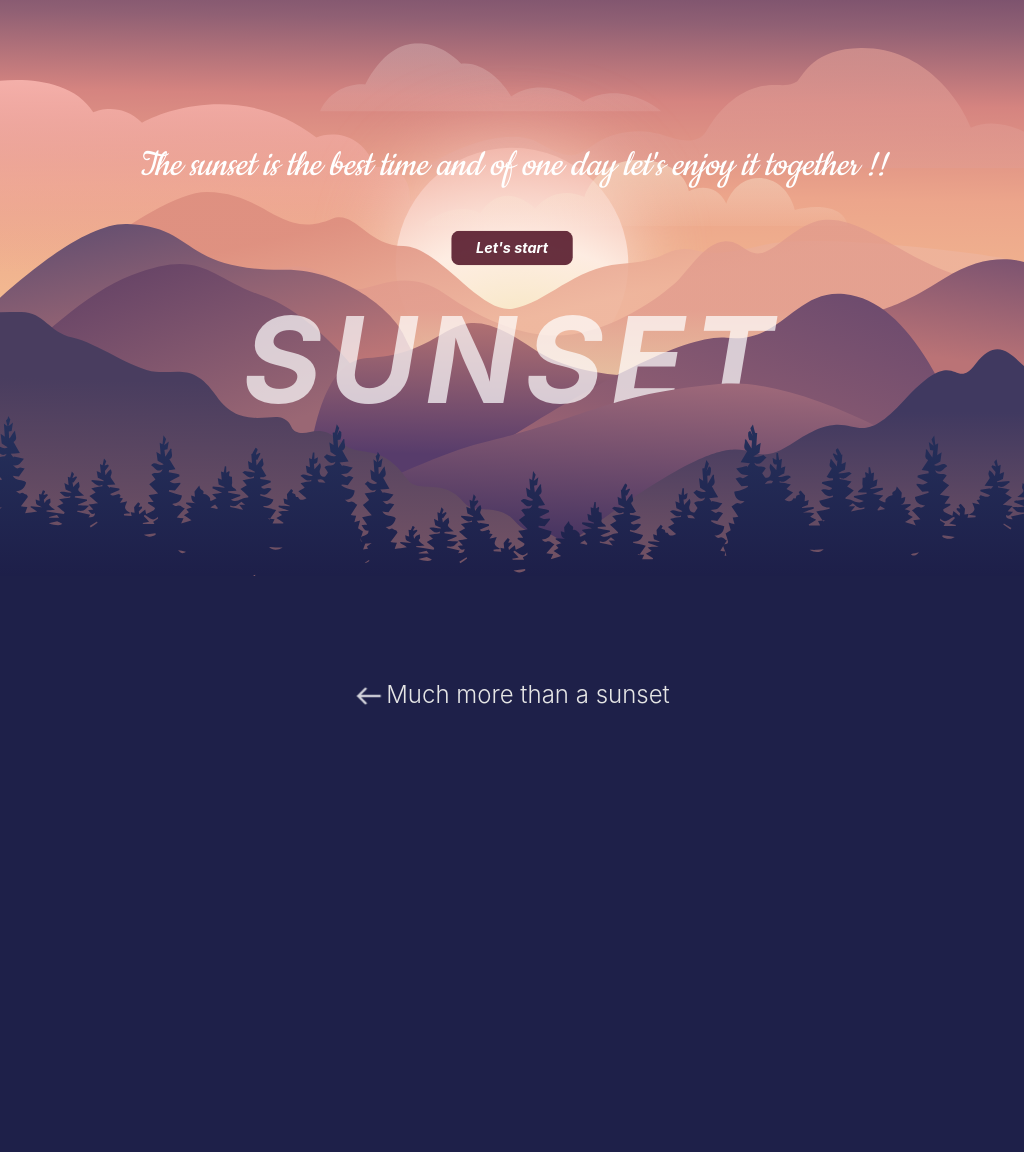
Repository: nambui98/parallax
Page: /
An editor plug-in stored every save of this project. The page is shown before and after the next save, followed by the edit.
The browser window is 1280 px wide. The pictures show the whole page, at 80% of full size.
The project was rebuilt for these pictures with package versions that can differ from the ones it lists, and the page was loaded fresh each time. Also part of the build but not shown: vite.config.ts.

Above is the page before, as saved 2022-03-24 15:36:15.

After the next save:
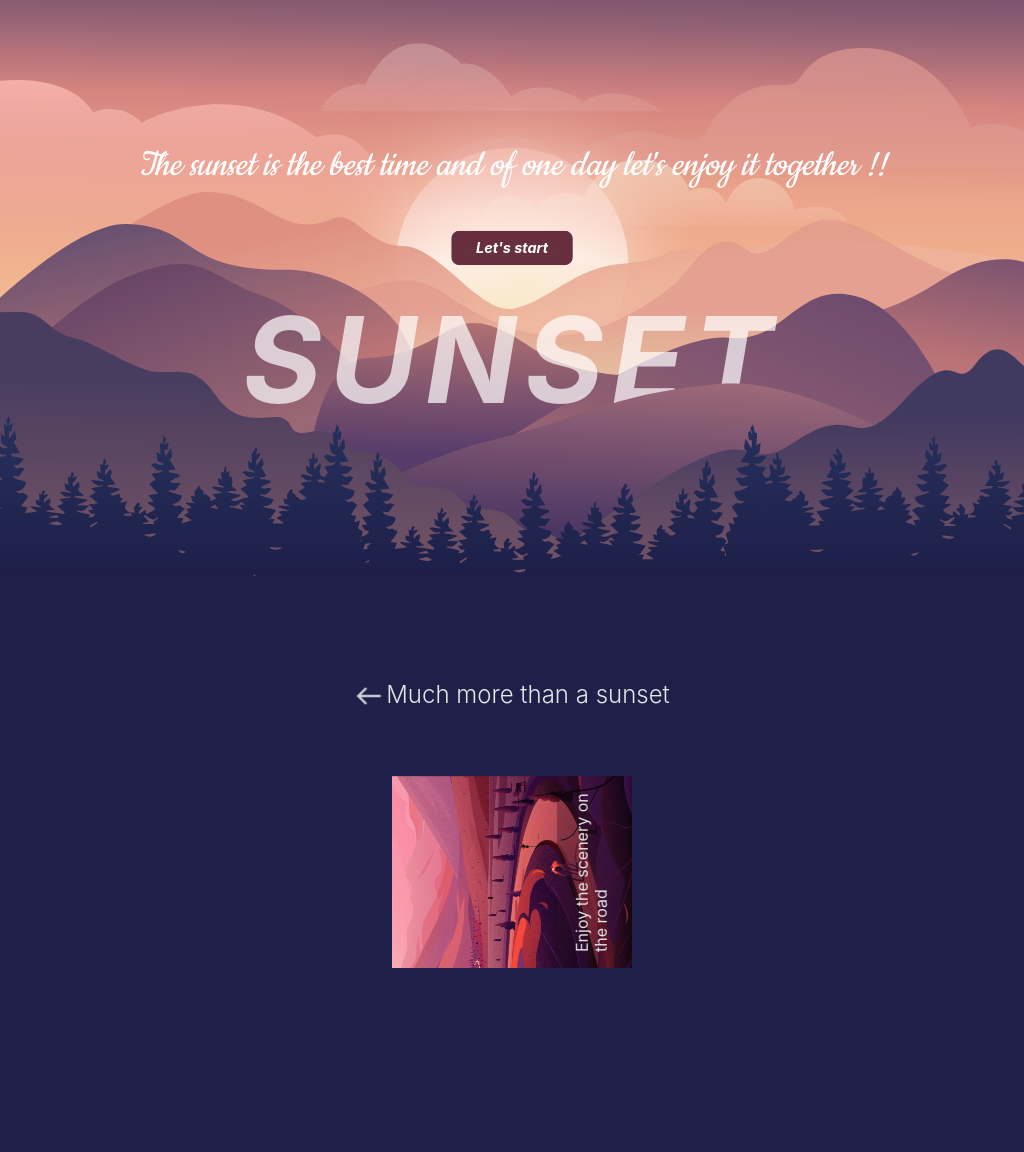
Saved 5 s later.
--- a/src/App.scss
+++ b/src/App.scss
@@ -160,7 +160,7 @@
   &__card{
     width: 24rem;
     background-image: url(./assets/images/content1.png);
-    transform:rotateX(270deg);
+    transform:rotate(270deg);
     background-size: cover;
     background-position: bottom;
     // background-position: top left;

After the save that followed:
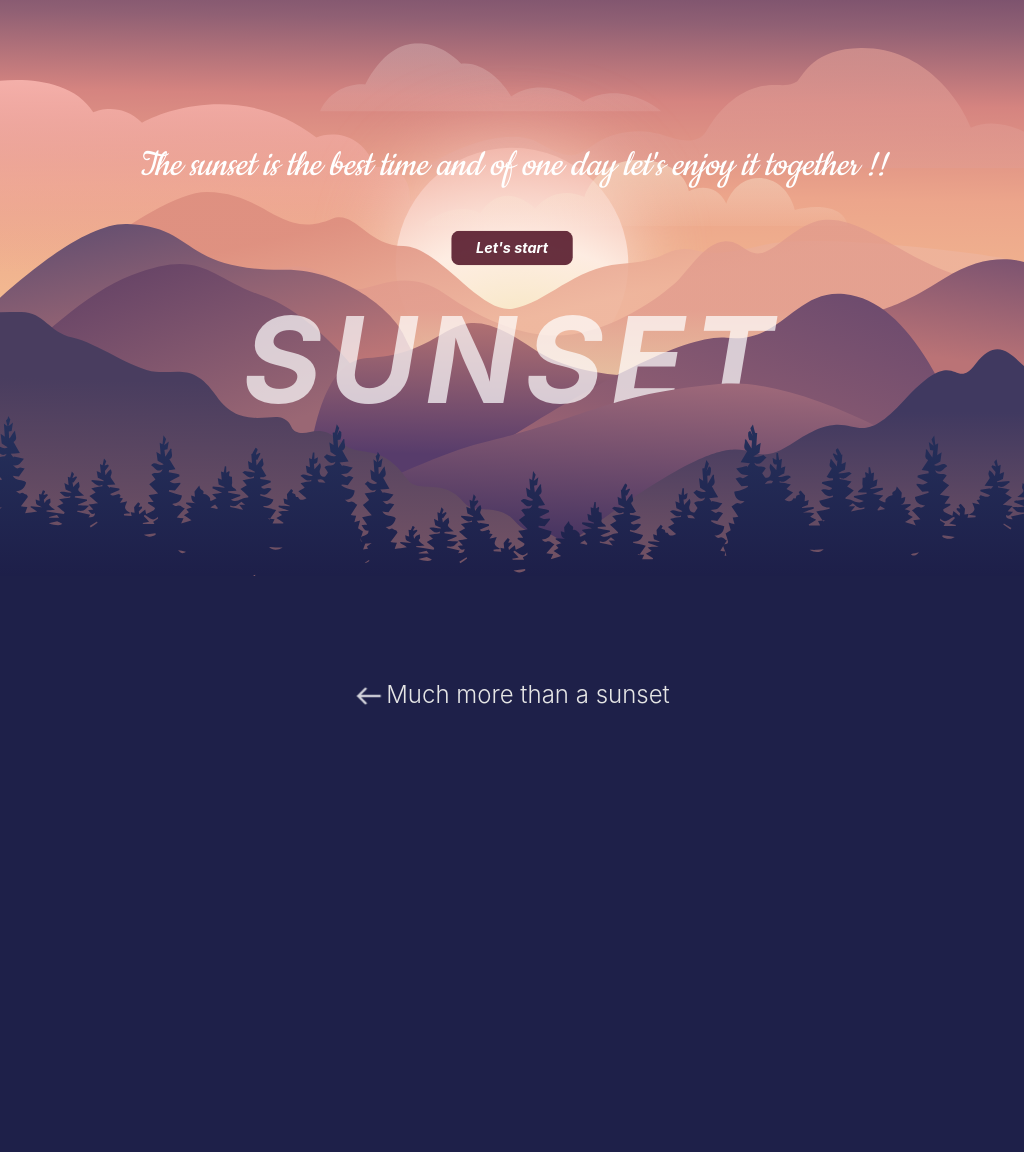
Saved 4 s later.
--- a/src/App.scss
+++ b/src/App.scss
@@ -160,7 +160,7 @@
   &__card{
     width: 24rem;
     background-image: url(./assets/images/content1.png);
-    transform:rotate(270deg);
+    transform:rotateY(270deg);
     background-size: cover;
     background-position: bottom;
     // background-position: top left;
